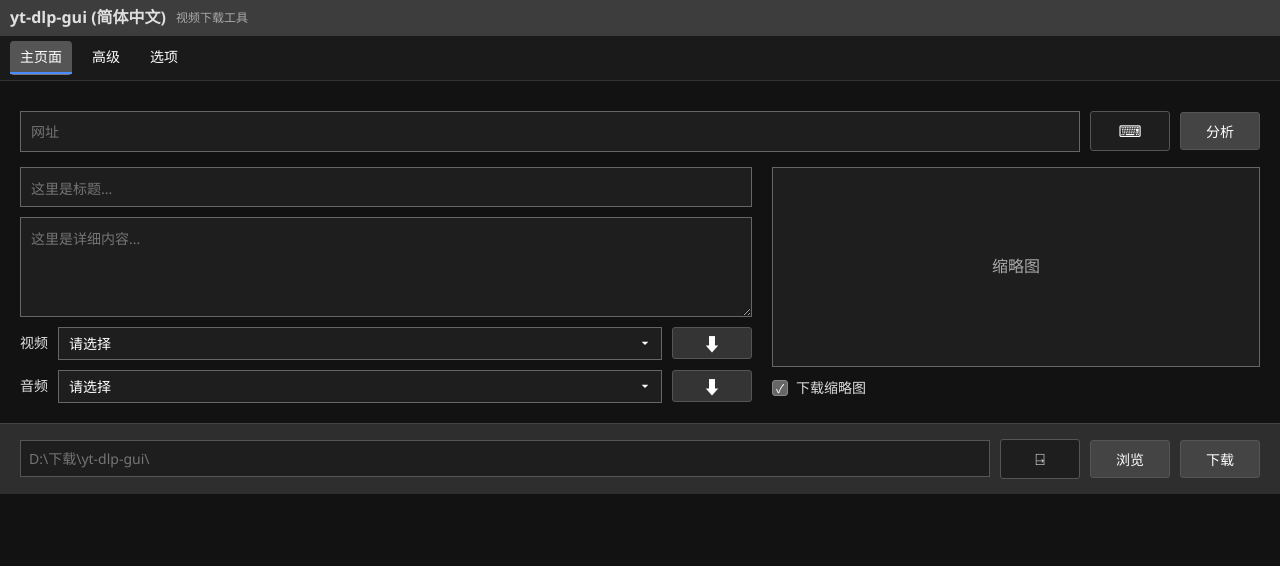
Repository: zArvin6808/yt-TubeSaver
Page: index.html
The author's editor kept a copy of each file at every save. The page is drawn from the files as they stood at one save, then again after the next save.
The browser window is 1280 px wide. The pictures show the whole page.

Above is the page before, as saved 2025-06-07 16:06:34.

### index.html
<!DOCTYPE html>
<html lang="zh-CN">
<head>
  <meta charset="UTF-8" />
  <title>yt-dlp-gui (简体中文)</title>
  <meta name="viewport" content="width=device-width, initial-scale=1.0"/>
  <link rel="stylesheet" href="style.css" />
</head>
<body>

  <!-- 标题栏 -->
  <div class="title-bar">
    <h1>yt-dlp-gui (简体中文)</h1>
    <span>视频下载工具</span>
  </div>

  <!-- 导航栏 -->
  <div class="navbar">
    <a href="#" class="nav-link active" data-page="main">主页面</a>
    <a href="#" class="nav-link" data-page="advanced">高级</a>
    <a href="#" class="nav-link" data-page="settings">选项</a>
  </div>

  <!-- 主页面内容 -->
  <div id="main" class="page active">
    <!-- 网址与按钮 占据整行 -->
    <div class="url-analysis-row">
      <input type="text" id="urlInput" placeholder="网址" />
      <button class="icon-button" id="pasteButton">⌨</button>
      <button id="analyzeButton">分析</button>
    </div>

    <!-- 主内容 -->
    <div class="main">
      <!-- 左侧面板 -->
      <div class="left-panel">
        <textarea class="title-input" id="titleInput" placeholder="这里是标题..." readonly></textarea>
        <textarea class="content-textarea" id="contentTextarea" placeholder="这里是详细内容..."></textarea>

        <!-- 视频行 -->
        <div class="select-group">
          <label for="video-select">视频</label>
          <select id="video-select">
            <option>请选择</option>
            <option value="video1">视频格式1</option>
            <option value="video2">视频格式2</option>
          </select>
          <button class="download-button" id="downloadVideoButton">⬇</button>
        </div>

        <!-- 音频行 -->
        <div class="select-group">
          <label for="audio-select">音频</label>
          <select id="audio-select">
            <option>请选择</option>
            <option value="audio1">音频格式1</option>
            <option value="audio2">音频格式2</option>
          </select>
          <button class="download-button" id="downloadAudioButton">⬇</button>
        </div>
      </div>

      <!-- 右侧面板 -->
      <div class="right-panel">
        <div class="thumbnail" id="thumbnailPreview">缩略图</div>
        <div class="checkbox-group">
          <input type="checkbox" id="download-thumb" checked />
          <label for="download-thumb">下载缩略图</label>
        </div>
      </div>
    </div>

    <!-- 路径栏 -->
    <div class="path-bar">
      <input type="text" id="pathInput" placeholder="D:\下载\yt-dlp-gui\" />
      <button class="icon-button" id="refreshPathButton">⍈</button>
      <button id="selectPathButton">浏览</button>
      <button id="downloadButton">下载</button>
    </div>
  </div>

  <!-- 高级页面 -->
  <div id="advanced" class="page">
    <div class="test-content">
      <h2>高级设置（测试页面）</h2>
      <p>这是高级设置页面的测试内容。该页面将用于配置更详细的下载选项。</p>
      <p>未来这里将包含：</p>
      <ul style="color: #aaa; margin-left: 20px;">
        <li>视频质量设置</li>
        <li>下载速度限制</li>
        <li>字幕选项</li>
        <li>格式选择</li>
      </ul>
    </div>
  </div>

  <!-- 选项页面 -->
  <div id="settings" class="page">
    <div class="test-content">
      <h2>全局设置（测试页面）</h2>
      <p>这是选项设置页面的测试内容。该页面将用于配置软件的全局设置。</p>
      <p>未来这里将包含：</p>
      <ul style="color: #aaa; margin-left: 20px;">
        <li>界面语言设置</li>
        <li>默认下载路径</li>
        <li>代理设置</li>
        <li>主题选择</li>
      </ul>
    </div>
  </div>

  <script src="script.js"></script>
</body>
</html>

### style.css
    * {
      box-sizing: border-box;
      margin: 0;
      padding: 0;
      font-family: "Segoe UI", "Microsoft YaHei", sans-serif;
    }

    body {
      background-color: #121212;
      color: #e0e0e0;
      display: flex;
      flex-direction: column;
      min-height: 100vh;
      line-height: 1.6;
    }

    /* 标题栏 */
    .title-bar {
      background-color: #3d3d3d;
      display: flex;
      align-items: center;
      padding: 5px 10px;
      gap: 10px;
    }

    .title-bar h1 {
      font-size: 16px;
      margin: 0;
    }

    .title-bar span {
      font-size: 12px;
      color: #aaa;
    }

    /* 导航栏 */
    .navbar {
      background-color: #3d3d3d;
      display: flex;
      padding: 5px 10px;
      gap: 10px;
    }

    .navbar a {
      color: white;
      text-decoration: none;
      line-height: 24px;
      font-size: 14px;
      cursor: pointer;
      padding: 4px 10px;
      border-radius: 4px;
    }

    .navbar a:hover {
      background-color: #4a4a4a;
    }

    .navbar a.active {
      background-color: #555;
      font-weight: 500;
      border-bottom: 2px solid #777;
    }

    /* 页面切换相关样式 */
    .page {
      display: none;
      flex-direction: column;
      flex-grow: 1;
    }

    .page.active {
      display: flex;
    }

    /* 网址与按钮容器：占满整行 */
    .url-analysis-row {
      display: flex;
      align-items: center;
      padding: 15px 20px;
      gap: 10px;
      width: 100%;
      box-sizing: border-box;
    }

    .url-analysis-row input[type="text"] {
      background-color: #1e1e1e;
      color: #ffffff;
      border: 1px solid #666;
      padding: 10px;
      font-size: 14px;
      flex-grow: 1;
      transition: border-color 0.2s ease;
    }

    .url-analysis-row input[type="text"]:focus {
      outline: none;
      border-color: #888;
      box-shadow: 0 0 0 2px rgba(150, 150, 150, 0.2);
    }

    /* 主内容容器 */
    .main {
      display: flex;
      flex-direction: row;
      padding: 0 20px 20px 20px;
      gap: 20px;
      flex-grow: 1;
    }

    /* 左侧区域 */
    .left-panel {
      display: flex;
      flex-direction: column;
      width: 60%;
      gap: 10px;
    }

    .title-input {
      background-color: #1e1e1e;
      color: #ffffff;
      border: 1px solid #666;
      padding: 10px;
      font-size: 14px;
      height: 40px;
      resize: none;
      transition: border-color 0.2s ease;
    }

    .title-input:focus {
      outline: none;
      border-color: #888;
      box-shadow: 0 0 0 2px rgba(150, 150, 150, 0.2);
    }

    .content-textarea {
      background-color: #1e1e1e;
      color: #ffffff;
      border: 1px solid #666;
      padding: 10px;
      font-size: 14px;
      resize: vertical;
      height: 100px;
      flex-grow: 1;
      transition: border-color 0.2s ease;
    }

    .content-textarea:focus {
      outline: none;
      border-color: #888;
      box-shadow: 0 0 0 2px rgba(150, 150, 150, 0.2);
    }

    /* 视频/音频选择器 - 每组一行 */
    .select-group {
      display: flex;
      align-items: center;
      gap: 10px;
    }

    select {
      background-color: #1e1e1e;
      color: #ffffff;
      border: 1px solid #666;
      padding: 6px 10px;
      font-size: 14px;
      flex-grow: 1;
      transition: border-color 0.2s ease;
      appearance: none;
      background-image: url("data:[embedded picture, 150 characters]");
      background-repeat: no-repeat;
      background-position: right 8px center;
      background-size: 16px;
    }

    select:focus {
      outline: none;
      border-color: #888;
      box-shadow: 0 0 0 2px rgba(150, 150, 150, 0.2);
    }

    label {
      font-size: 14px;
      text-align: right;
      flex-shrink: 0;
    }

    /* 基础按钮样式 */
    button {
      background-color: #444;
      color: white;
      border: 1px solid #555;
      padding: 8px 12px;
      cursor: pointer;
      font-size: 14px;
      transition: all 0.2s ease;
      border-radius: 3px;
      min-width: 80px;
    }

    button:hover {
      background-color: #555;
      border-color: #666;
    }

    button:active {
      background-color: #3a3a3a;
    }

    button.primary {
      background-color: #666;
      border-color: #777;
    }

    button.primary:hover {
      background-color: #777;
    }

    button.primary:active {
      background-color: #5a5a5a;
    }

    /* 图标按钮样式 */
    .icon-button {
      background-color: #1e1e1e;
      color: #ffffff;
      border: 1px solid #555;
      cursor: pointer;
      font-size: 16px;
      transition: all 0.2s ease;
      display: flex;
      justify-content: center;
      align-items: center;
      border-radius: 3px;
    }

    .icon-button:hover {
      border-color: #666;
      background-color: #252525;
    }

    .icon-button:active {
      background-color: #1a1a1a;
    }

    /* 下载图标按钮样式 */
    .download-button {
      width: 32px;
      height: 32px;
      display: flex;
      justify-content: center;
      align-items: center;
      font-size: 18px;
      padding: 0;
      background-color: #343434;
      border: 1px solid #555;
      border-radius: 3px;
    }
    .download-button:hover {
      background-color: #555;
    }
    .download-button:active {
      background-color: #2e2e2e;
    }

    /* 右侧面板：缩略图和下载缩略图选项 */
    .right-panel {
      display: flex;
      flex-direction: column;
      width: 40%;
      gap: 10px;
    }

    .thumbnail {
      width: 100%;
      height: 200px;
      background-color: #1e1e1e;
      display: flex;
      justify-content: center;
      align-items: center;
      color: #aaa;
      font-size: 16px;
      border: 1px solid #666;
      transition: all 0.2s ease;
    }

    .thumbnail.loading {
      background-color: #252525;
      border-color: #888;
    }

    .thumbnail img {
      max-width: 100%;
      max-height: 100%;
      object-fit: contain;
    }

    .checkbox-group {
      display: flex;
      align-items: center;
      gap: 8px;
    }

    .checkbox-group input[type="checkbox"] {
      appearance: none;
      width: 16px;
      height: 16px;
      border: 1px solid #666;
      background-color: #1e1e1e;
      border-radius: 3px;
      cursor: pointer;
      position: relative;
      transition: all 0.2s ease;
    }

    .checkbox-group input[type="checkbox"]:checked {
      background-color: #666;
      border-color: #888;
    }

    .checkbox-group input[type="checkbox"]:checked::after {
      content: "✓";
      position: absolute;
      color: white;
      font-size: 12px;
      top: 50%;
      left: 50%;
      transform: translate(-50%, -50%);
    }

    .checkbox-group input[type="checkbox"]:focus {
      outline: none;
      box-shadow: 0 0 0 2px rgba(150, 150, 150, 0.2);
    }

    .checkbox-group label {
      font-size: 14px;
      color: #ddd;
      cursor: pointer;
    }

    /* 路径栏 */
    .path-bar {
      display: flex;
      align-items: center;
      gap: 10px;
      padding: 15px 20px;
      background-color: #2e2e2e;
      border-top: 1px solid #444;
    }

    .path-bar input {
      flex-grow: 1;
      padding: 8px;
      background-color: #1e1e1e;
      color: #fff;
      border: 1px solid #555;
      font-size: 14px;
    }

    /* 测试页面样式 */
    .test-content {
      padding: 20px;
      display: flex;
      flex-direction: column;
      gap: 20px;
    }

    .test-content h2 {
      color: #fff;
      font-size: 18px;
      margin-bottom: 10px;
    }

    .test-content p {
      color: #aaa;
      font-size: 14px;
      line-height: 1.6;
    }

    /* 导航栏 */
    .navbar {
      display: flex;
      border-bottom: 1px solid #333;
      margin-bottom: 15px;
      background-color: #1a1a1a;
    }

    .nav-link {
      padding: 12px 20px;
      color: #aaa;
      text-decoration: none;
      transition: all 0.2s ease;
      font-size: 14px;
      position: relative;
    }

    .nav-link:hover {
      color: #fff;
      background-color: #252525;
    }

    .nav-link.active {
      color: #fff;
      background-color: #252525;
    }

    .nav-link.active::after {
      content: '';
      position: absolute;
      bottom: -1px;
      left: 0;
      right: 0;
      height: 2px;
      background-color: #4a8cff;
    }

    /* 页面切换 */
    .page {
      display: none;
      animation: fadeIn 0.3s ease-out;
    }

    .page.active {
      display: block;
    }

    @keyframes fadeIn {
      from { opacity: 0; transform: translateY(10px); }
      to { opacity: 1; transform: translateY(0); }
    }

    /* 按钮状态 */
    button {
      transition: all 0.2s ease;
      position: relative;
    }

    button:hover {
      filter: brightness(1.1);
    }

    button:active {
      transform: translateY(1px);
    }

    button[disabled] {
      opacity: 0.7;
      cursor: not-allowed;
      transform: none !important;
    }

    /* 加载动画 */
    .spinner {
      display: inline-block;
      width: 14px;
      height: 14px;
      border: 2px solid rgba(255,255,255,0.3);
      border-radius: 50%;
      border-top-color: #fff;
      animation: spin 1s ease-in-out infinite;
      margin-right: 8px;
      vertical-align: middle;
    }

    @keyframes spin {
      to { transform: rotate(360deg); }
    }

    /* 提示消息 */
    .toast {
      position: fixed;
      bottom: 20px;
      left: 50%;
      transform: translateX(-50%);
      padding: 12px 24px;
      border-radius: 4px;
      color: white;
      font-size: 14px;
      z-index: 1000;
      box-shadow: 0 4px 12px rgba(0,0,0,0.15);
      opacity: 0;
      animation: toastIn 0.3s ease-out forwards;
    }

    .toast.toast-success {
      background-color: #28a745;
    }

    .toast.toast-error {
      background-color: #dc3545;
    }

    .toast.toast-info {
      background-color: #17a2b8;
    }

    .toast.fade-out {
      animation: toastOut 0.3s ease-in forwards;
    }

    @keyframes toastIn {
      from { opacity: 0; transform: translateX(-50%) translateY(20px); }
      to { opacity: 1; transform: translateX(-50%) translateY(0); }
    }

    @keyframes toastOut {
      from { opacity: 1; transform: translateX(-50%) translateY(0); }
      to { opacity: 0; transform: translateX(-50%) translateY(-20px); }
    }

    /* 响应式布局 */
    @media (max-width: 768px) {
      .navbar {
        flex-direction: column;
      }

      .nav-link {
        padding: 10px;
        text-align: center;
      }

      .input-group {
        flex-direction: column;
      }

      button {
        width: 100%;
        margin-top: 8px;
      }

      .toast {
        width: 90%;
        text-align: center;
      }
    }
    .toast {
      position: fixed;
      bottom: 20px;
      left: 50%;
      transform: translateX(-50%);
      padding: 12px 24px;
      border-radius: 4px;
      color: white;
      z-index: 1000;
      animation: slideIn 0.3s ease-out;
    }

    .toast-info {
      background-color: #444;
    }

    .toast-success {
      background-color: #2d7d46;
    }

    .toast-error {
      background-color: #c42b1c;
    }

    .toast.fade-out {
      animation: fadeOut 0.3s ease-in;
      opacity: 0;
    }

    @keyframes slideIn {
      from {
        transform: translateX(-50%) translateY(20px);
        opacity: 0;
      }
      to {
        transform: translateX(-50%) translateY(0);
        opacity: 1;
      }
    }

    @keyframes fadeOut {
      from {
        opacity: 1;
      }
      to {
        opacity: 0;
      }
    }

    /* 输入验证 */
    input:invalid {
      border-color: #c42b1c !important;
    }

    /* 缩略图显示优化 */
    .thumbnail {
      background-size: cover;
      background-position: center;
      transition: background-image 0.3s ease;
    }

    /* 滚动条样式 */
    ::-webkit-scrollbar {
      width: 10px;
      height: 10px;
    }
    ::-webkit-scrollbar-track {
      background: #1e1e1e;
      border-radius: 5px;
    }
    ::-webkit-scrollbar-thumb {
      background: #666;
      border-radius: 5px;
      border: 2px solid #1e1e1e;
      transition: background 0.2s ease;
    }
    ::-webkit-scrollbar-thumb:hover {
      background: #777;
    }
    ::-webkit-scrollbar-corner {
      background: #1e1e1e;
    }

Loaded but not shown: script.js (344 lines, source omitted)

After the next save:
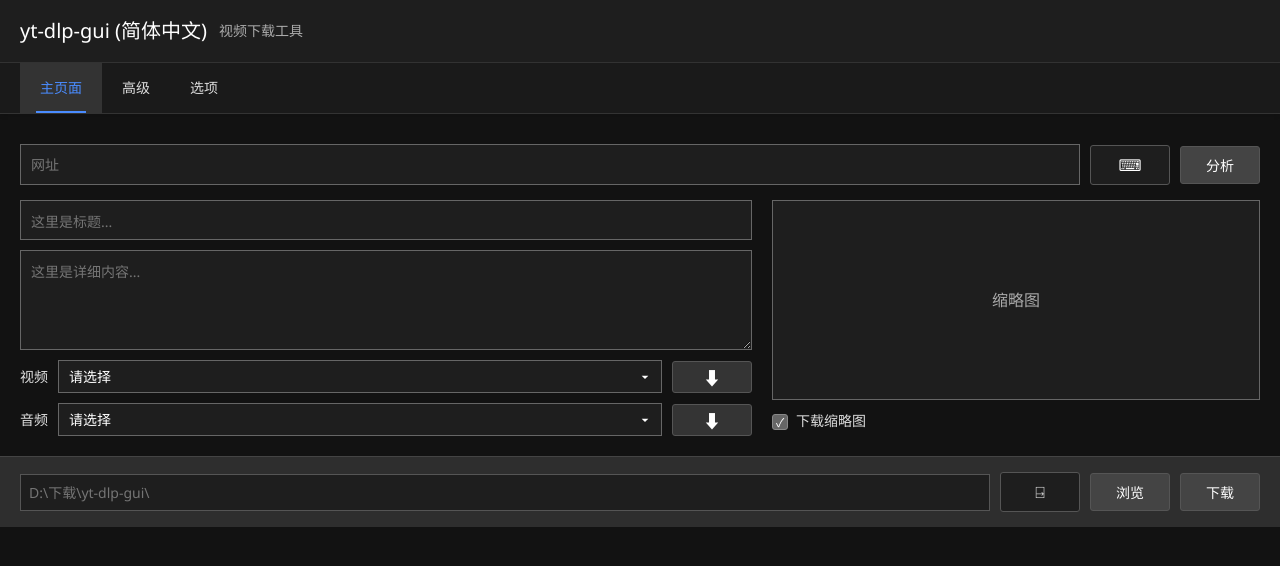
Saved 85 s later.
--- a/style.css
+++ b/style.css
@@ -16,49 +16,62 @@
 
     /* 标题栏 */
     .title-bar {
-      background-color: #3d3d3d;
-      display: flex;
-      align-items: center;
-      padding: 5px 10px;
-      gap: 10px;
+      background-color: #1e1e1e;
+      display: flex;
+      align-items: center;
+      padding: 15px 20px;
+      gap: 12px;
+      border-bottom: 1px solid #333;
     }
 
     .title-bar h1 {
-      font-size: 16px;
+      font-size: 20px;
       margin: 0;
+      color: #fff;
+      font-weight: 500;
     }
 
     .title-bar span {
-      font-size: 12px;
+      font-size: 14px;
       color: #aaa;
     }
 
     /* 导航栏 */
     .navbar {
-      background-color: #3d3d3d;
-      display: flex;
-      padding: 5px 10px;
-      gap: 10px;
+      background-color: #252525;
+      display: flex;
+      padding: 0 20px;
+      box-shadow: 0 2px 4px rgba(0,0,0,0.1);
     }
 
     .navbar a {
-      color: white;
+      color: #ddd;
       text-decoration: none;
-      line-height: 24px;
       font-size: 14px;
       cursor: pointer;
-      padding: 4px 10px;
-      border-radius: 4px;
+      padding: 14px 20px;
+      transition: all 0.3s ease;
+      position: relative;
     }
 
     .navbar a:hover {
-      background-color: #4a4a4a;
+      color: #fff;
+      background-color: #333;
     }
 
     .navbar a.active {
-      background-color: #555;
-      font-weight: 500;
-      border-bottom: 2px solid #777;
+      color: #4a8cff;
+      background-color: #333;
+    }
+
+    .navbar a.active::after {
+      content: '';
+      position: absolute;
+      bottom: 0;
+      left: 20%;
+      right: 20%;
+      height: 2px;
+      background-color: #4a8cff;
     }
 
     /* 页面切换相关样式 */
